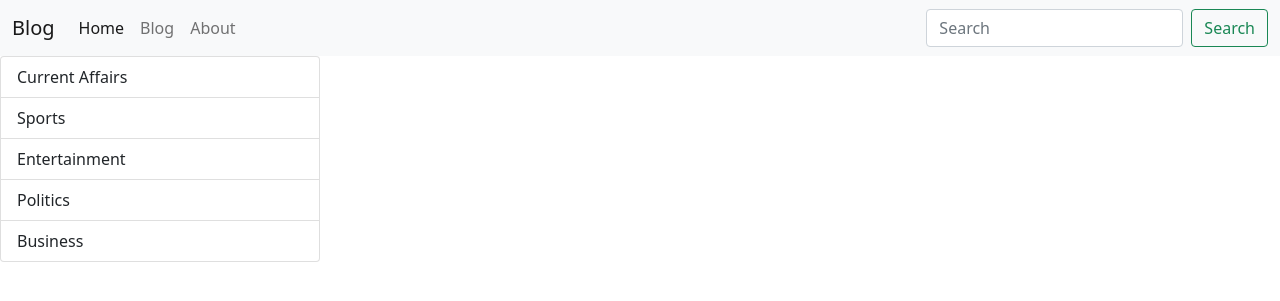
Repository: syni18/bootstrap_blog
Page: index.html
An editor plug-in stored every save of this project. The page is shown before and after the next save, followed by the edit.
The browser window is 1280 px wide. The pictures show the whole page.

Above is the page before, as saved 2023-10-25 21:04:16.

After the next save:
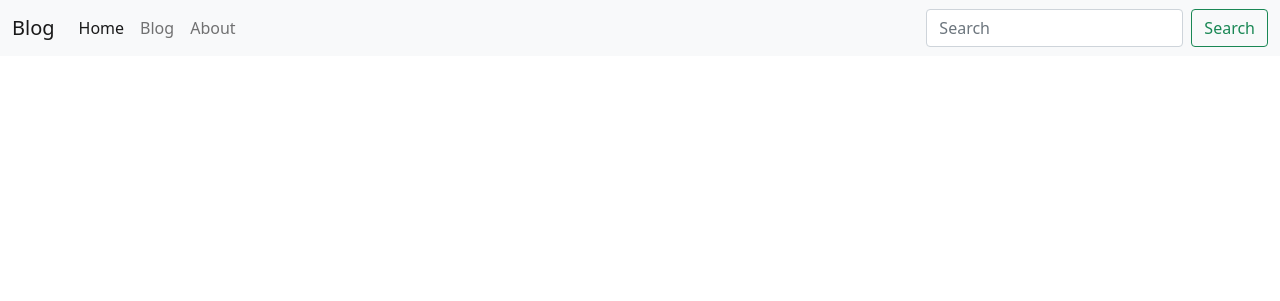
Saved 11 s later.
--- a/index.html
+++ b/index.html
@@ -88,7 +88,7 @@
         </div>
       </div>
     </nav>
-            <div class="offcanvas-body w-25 p-0">
+            <div class="offcanvas w-25 p-0">
           <ul class="list-group">
             <li class="list-group-item">Current Affairs</li>
             <li class="list-group-item">Sports</li>

After the save that followed:
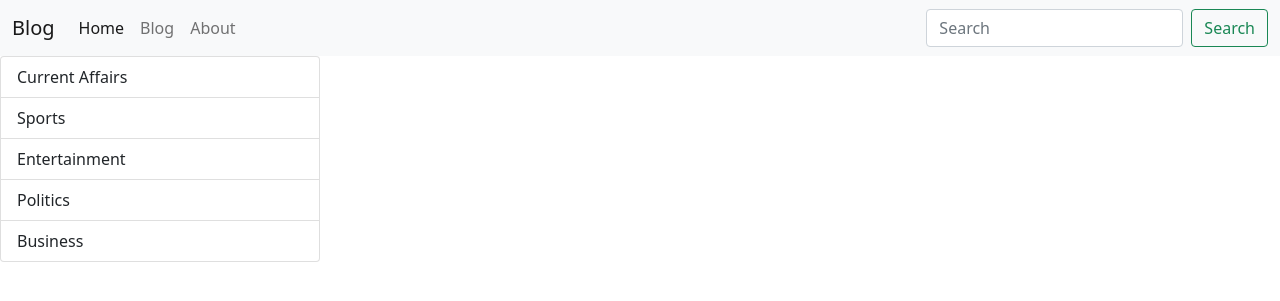
Saved 4 s later.
--- a/index.html
+++ b/index.html
@@ -88,7 +88,7 @@
         </div>
       </div>
     </nav>
-            <div class="offcanvas w-25 p-0">
+            <div class=" w-25 p-0">
           <ul class="list-group">
             <li class="list-group-item">Current Affairs</li>
             <li class="list-group-item">Sports</li>
